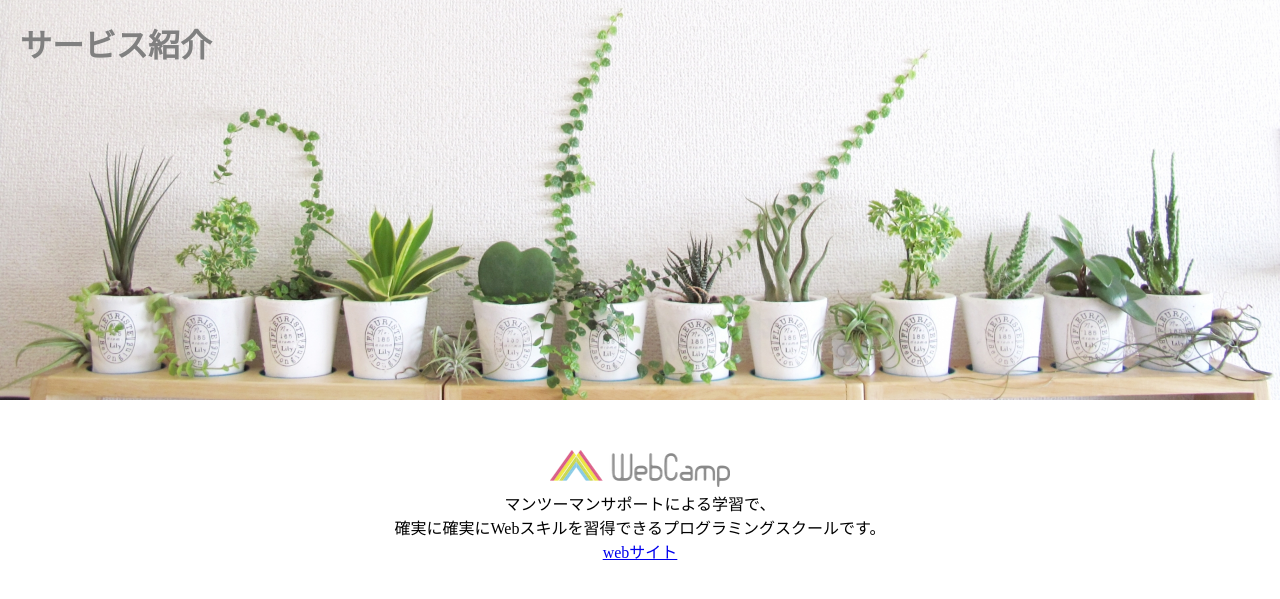
Repository: ryosei-110/HTML-CSS-
Page: 1-7exercise/1-7.html
The author's editor kept a record of every edit. The page is drawn from the files as they stood at one moment, then again after the next edit.
The browser window is 1280 px wide. The pictures show the whole page.

Above is the page before.

After the next edit:
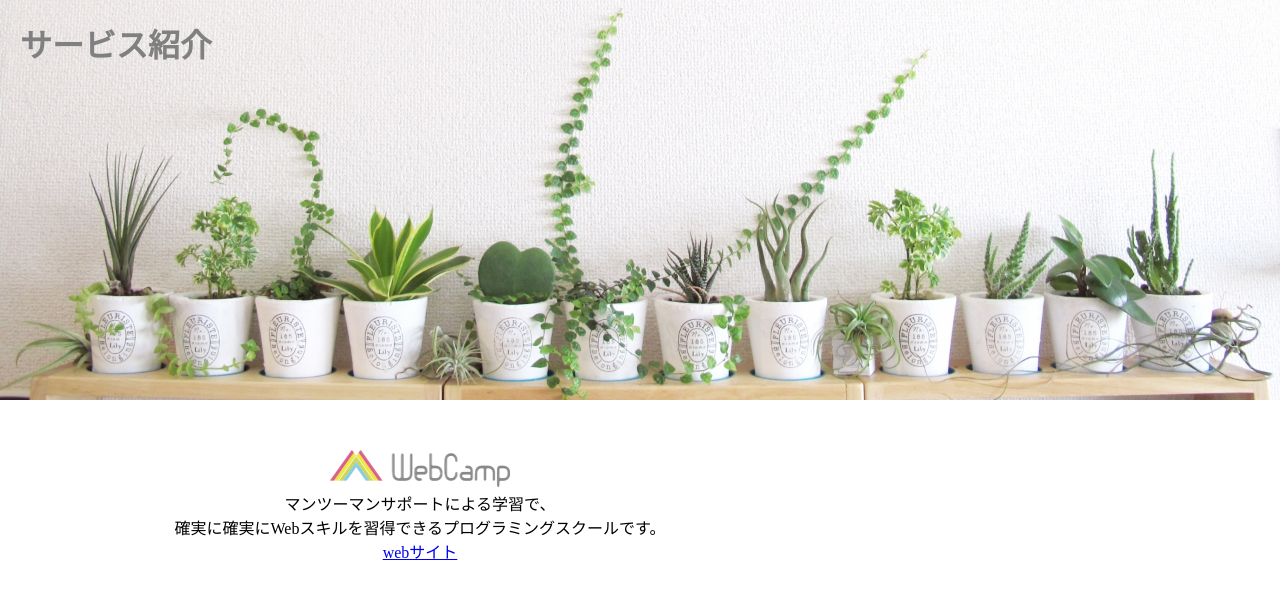
The edit:
--- a/1-7exercise/1-7.css
+++ b/1-7exercise/1-7.css
@@ -19,7 +19,7 @@
 
 .main {
   margin: 50px 0;
-  width: 100%;
+  width: 840px;
   display: flex;
   flex-direction: column;
 text-align: center;
